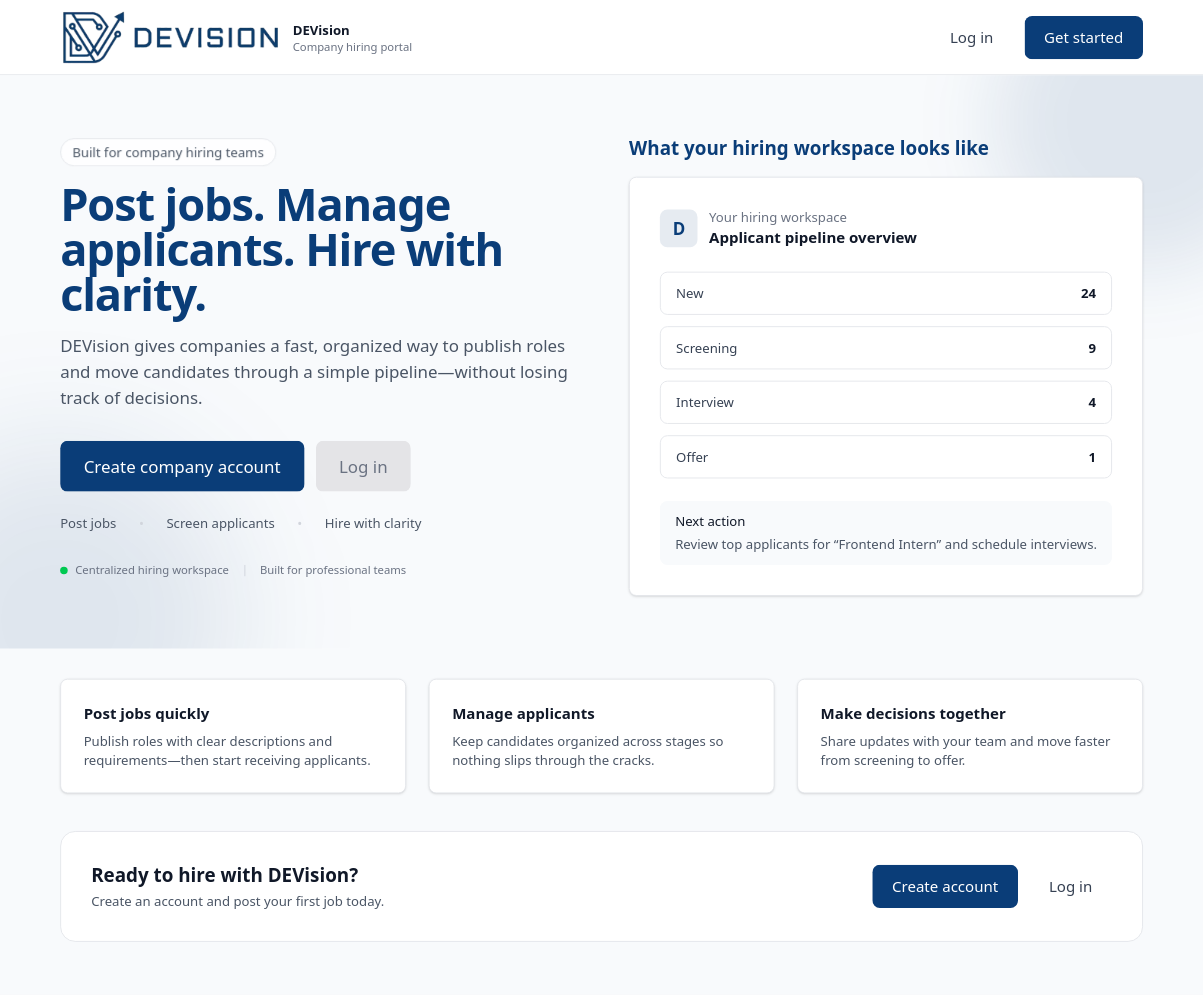
Repository: ISYS3461-2025C-Mulan-DEVision/JobManager_FE
Page: /
These files come from the project's save history. The page is drawn as it stood at one moment and after the next save; the edit follows.
The browser window is 1280 px wide. The pictures show the whole page, at 94% of full size.
The project was rebuilt for these pictures with package versions that can differ from the ones it lists, and the page was loaded fresh each time. Also part of the build but not shown: vite.config.js, src/components/ui/Input/Input.tsx, src/components/ui/Spinner/Spinner.tsx, src/components/ui/Alert/Alert.tsx, src/components/ui/GoogleLogo/GoogleLogo.tsx, src/components/headless/Form/Form.tsx, src/components/headless/Form/index.ts, src/components/headless/Table/useTable.ts and 19 more.

Above is the page before, as saved 2025-12-12 16:54:39.

After the next save:
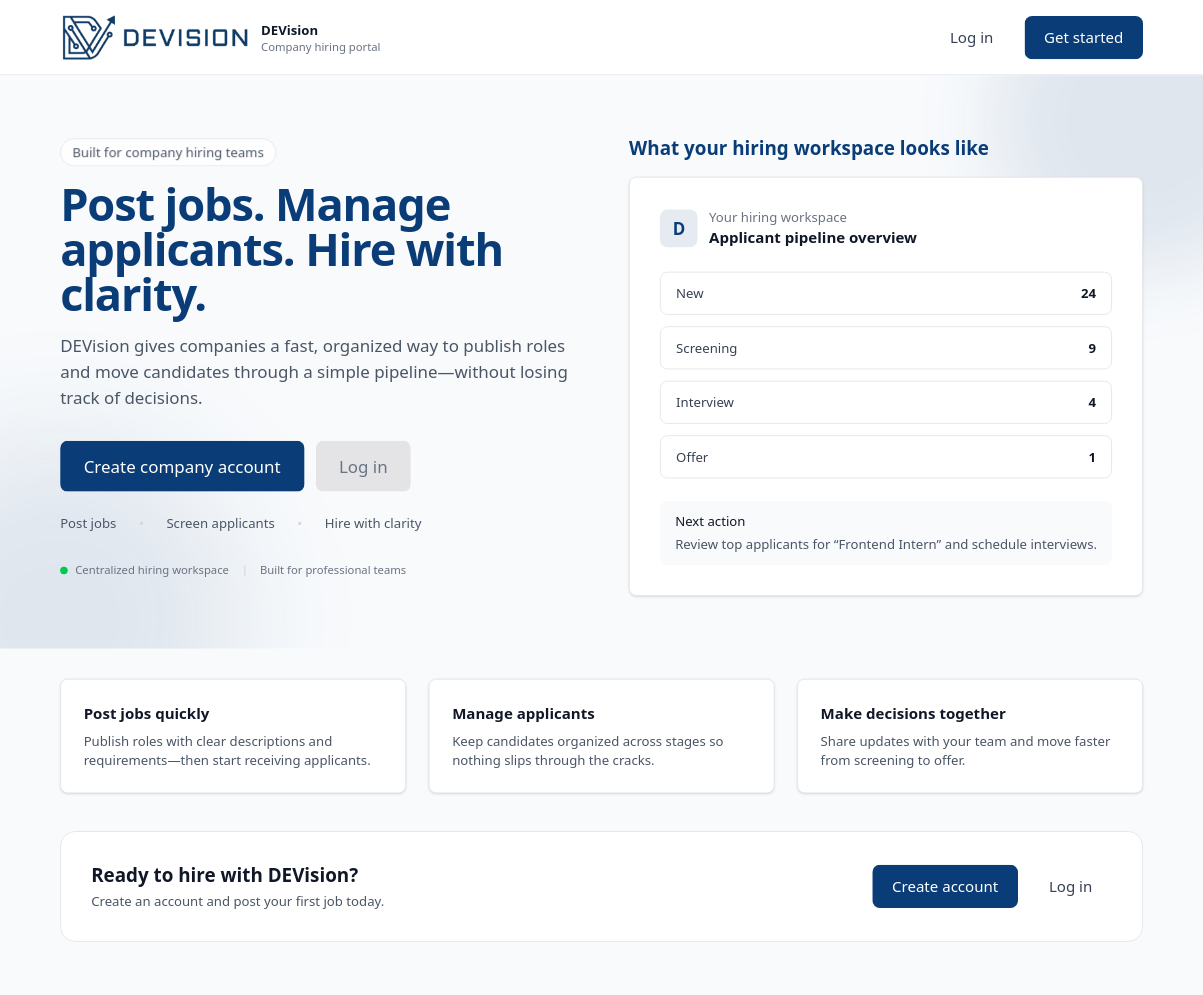
Saved 4 s later.
--- a/src/components/common/AppHeader.tsx
+++ b/src/components/common/AppHeader.tsx
@@ -17,7 +17,7 @@ export default function AppHeader({ className }: AppHeaderProps) {
             <div className="h-20 border-b border-gray-200 bg-white">
                 <div className="mx-auto flex h-full max-w-6xl items-center justify-between">
                     <Link to="/" className="flex items-center gap-3">
-                        <img src="/logo/logo.png" alt="DEVision" className="h-14 w-auto" />
+                        <img src="/logo/logo.png" alt="DEVision" className="h-12 w-auto" />
                         <div className="leading-tight">
                             <div className="text-sm font-semibold text-gray-900">DEVision</div>
                             <div className="text-xs text-gray-500">Company hiring portal</div>
